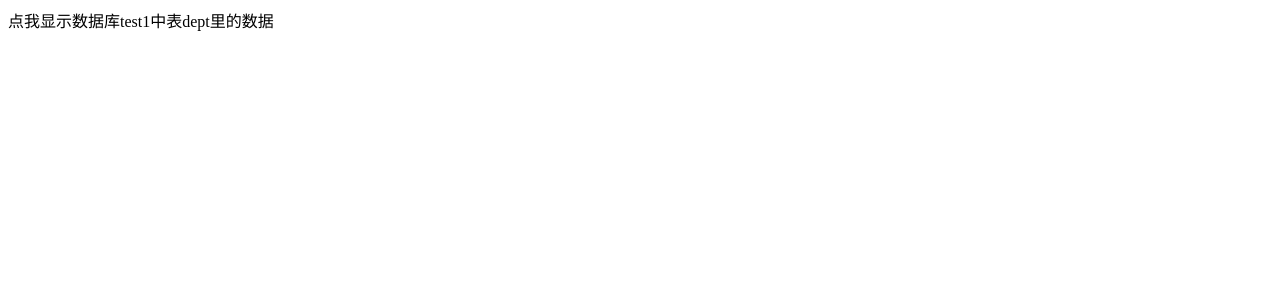
Repository: guirui-li/StudyJavaWeb
Page: http://localhost/JavawebTest/test1.jsp
An editor plug-in stored every save of this project. The page is shown before and after the next save, followed by the edit.
The browser window is 1280 px wide. The pictures show the whole page.
The page is served by Tomcat 9. Other server files are loaded and not shown.

Above is the page before, as saved 2019-04-28 07:12:17.

### JavawebTest/WebContent/test1.jsp
<%@ page language="java" contentType="text/html; charset=UTF-8"
    pageEncoding="UTF-8"%>
<!DOCTYPE html>
<html>
<head>
<meta charset="UTF-8">
<title>Insert title here</title>
</head>
<body>
	点我显示数据库test1中表dept里的数据
</body>
</html>

After the next save:
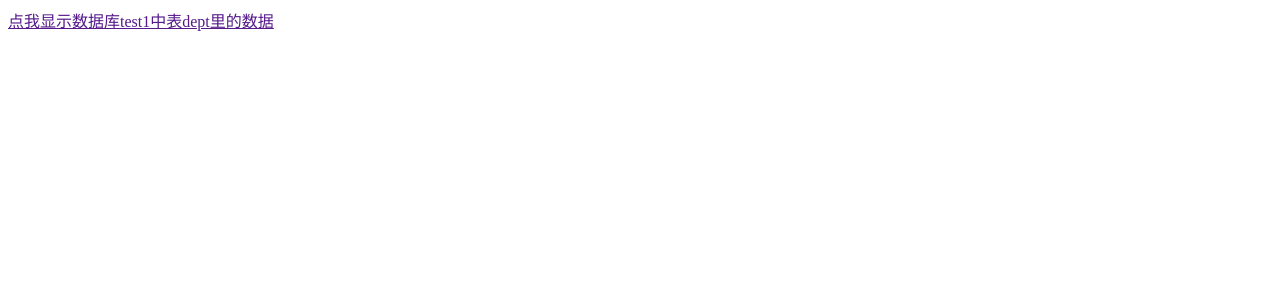
Saved 28 s later.
--- a/JavawebTest/WebContent/test1.jsp
+++ b/JavawebTest/WebContent/test1.jsp
@@ -7,6 +7,6 @@
 <title>Insert title here</title>
 </head>
 <body>
-	点我显示数据库test1中表dept里的数据
+	<a href="">点我显示数据库test1中表dept里的数据</a>
 </body>
 </html>
